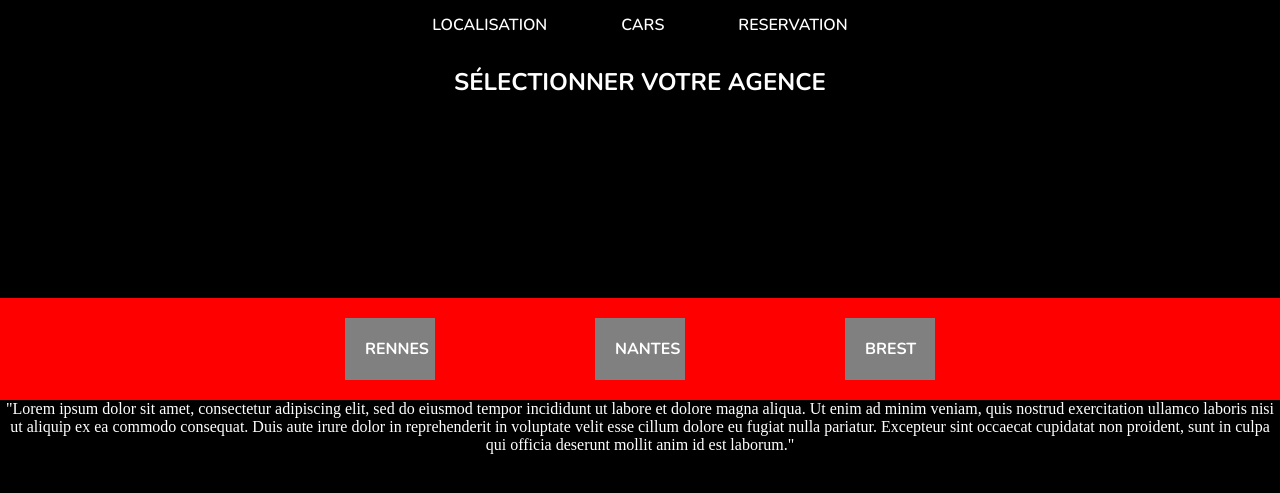
Repository: romgrm/jenaipasdevoiture
Page: src/main/java/fr/romgrm/index.html
These files come from the project's save history. The page is drawn as it stood at one moment and after the next save; the edit follows.
The browser window is 1280 px wide. The pictures show the whole page.
An inner scrolling area shows only its first screen.

Above is the page before, as saved 2020-10-15 21:17:37.

After the next save:
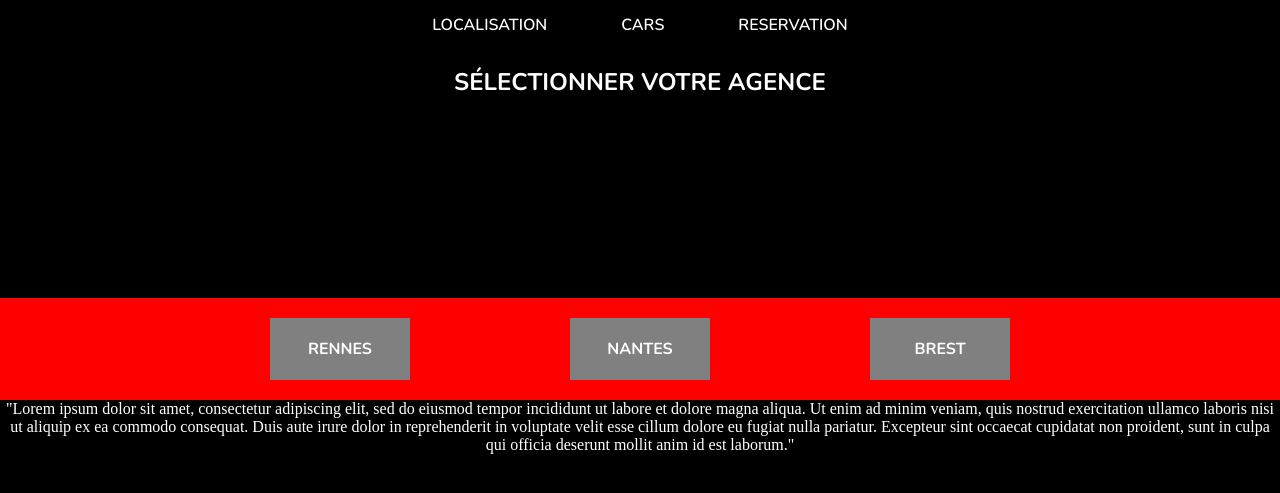
Saved 8 s later.
--- a/src/main/java/fr/romgrm/style.css
+++ b/src/main/java/fr/romgrm/style.css
@@ -128,7 +128,7 @@ Section{
 .agence{
     background-color: gray;
     padding: 20px 20px;
-    width: 50px;
+    width: 100px;
 
 }
 
